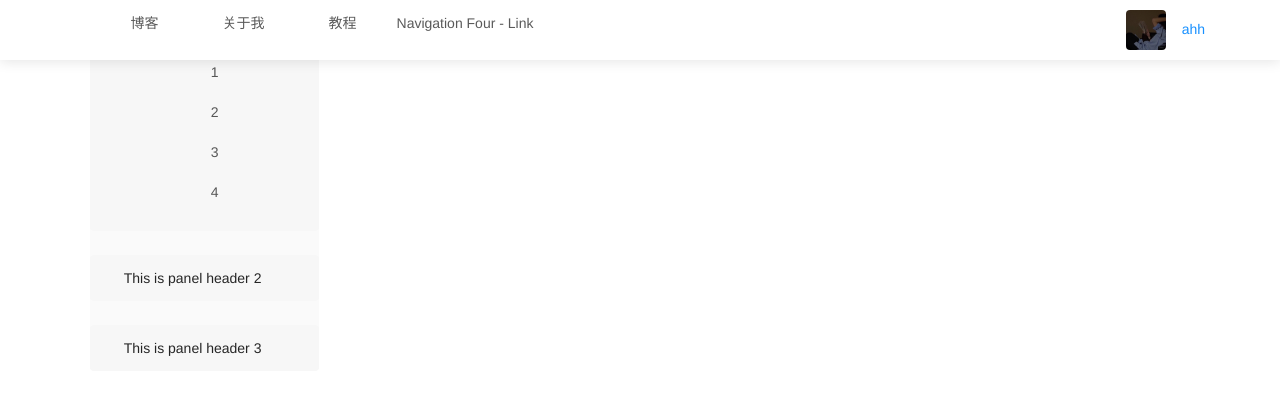
Repository: GitDjAr/blog
Page: /notes (app in myblog/)
An editor plug-in stored every save of this project. The page is shown before and after a run of saves, followed by the edit.
The browser window is 1280 px wide. The pictures show the whole page.
The project was rebuilt for these pictures with package versions that can differ from the ones it lists, and the page was loaded fresh each time. Also part of the build but not shown: myblog/webpack.config.js. Imported but missing from the stored project, and not drawn on this page: myblog/src/store/getters, myblog/src/views/about/about.

Above is the page before, as saved 2020-12-27 19:32:07.

### myblog/src/main.js
import Vue from 'vue'
import App from './App.vue'
import router from './router/index'
import store from './store/index'
import 'ant-design-vue/dist/antd.css'; // or 'ant-design-vue/dist/antd.less'


import Antd from 'ant-design-vue';
Vue.use(Antd);
new Vue({
  el: '#app',
  router,
  store,
  render: h => h(App)
})

### myblog/src/App.vue
<template>
  <div id="app">
    <headers></headers>
    <div class="conten">
      <router-view/>
    </div>
  </div>
</template>

<script>
import headers from 'v/header/header'
export default {
  components:{
    headers,
  },
  name: 'app',
  data () {
    return {
    }
  }
}
</script>

<style lang="scss">
#app {
  font-family: 'Avenir', Helvetica, Arial, sans-serif;
  -webkit-font-smoothing: antialiased;
  -moz-osx-font-smoothing: grayscale;
  text-align: center;
  color: #2c3e50;
  .conten{
    width: 1100px;
    margin: auto;
  }
}

</style>

### myblog/src/router/index.js
import Vue from 'vue'
import Router from 'vue-router'
Vue.use(Router)

// 暴露router
const router = new Router({
  mode:'history',
  routes:[
    {
      path:'/',
      redirect:'/index',
    },
    {
      path:'/index',
      meat:{title:'hello,欢迎来到我博客',foter:false},
      name:'index',
      component:()=>import('@/views/index')
    },
    {
      path:'/about',
      meat:{title:'关于我',foter:true},
      name:'about',
      component:()=>import('@/views/about/about')
    },
    {
      path:'/notes',
      meat:{title:'笔记',foter:true},
      name:'notes',
      component:()=>import('@/views/notes/notes')
    }
  ]
})

export default router

### myblog/src/store/index.js
import Vue from 'vue'
import Vuex from 'vuex'
import {getters} from './getters'

Vue.use(Vuex)

const store = new Vuex.Store({
  state:{
    Switch_:localStorage.getItem('state')  //dattiem or nightime
  },
  modules:{
    Switch_(state,status){
      // localStorage.setItem(state) = status
    }
  },
getters
})

export default store

### myblog/src/views/header/header.vue
<!--  -->
<template>
<div class="header-x">
  <a-row align='middle' type='flex' justify='space-between'>
    <a-col
    :lg="{span:'12'}"
    span='2'
    class="ul_flat"
    >
      <a-menu v-model="current" mode="horizontal"
      @click='titleClick '>
        <a-menu-item key="index"> <a-icon type="mail" />博客</a-menu-item>
        <a-menu-item key="about"> <a-icon type="mail" />关于我</a-menu-item>
        <a-sub-menu>
          <span slot="title" class="submenu-title-wrapper"
            ><a-icon type="setting" />教程</span
          >
          <a-menu-item-group title="Item 1">
            <a-menu-item key="notes">
              笔记
            </a-menu-item>
            <a-menu-item key="setting:2">
              Option 2
            </a-menu-item>
          </a-menu-item-group>
          <a-menu-item-group title="Item 2">
            <a-menu-item key="setting:3">
              Option 3
            </a-menu-item>
            <a-menu-item key="setting:4">
              Option 4
            </a-menu-item>
          </a-menu-item-group>
        </a-sub-menu>
        <a-menu-item key="alipay">
          <a href="https://antdv.com" target="_blank" rel="noopener noreferrer"
            >Navigation Four - Link</a
          >
        </a-menu-item>
      </a-menu>
    </a-col>

    <a-col lg='6' :span="4"  >
        <a-icon type="fullscreen"
          @click="阿"
          v-if="isicon"/>
      <a-avatar shape="square" :src='userimg' :size="40" icon="user" />
      <a-button type="link">
      {{name}}
      </a-button>
    </a-col>
  </a-row>
</div>
</template>

<script>
import userimg from '@/assets/image/1.jpg'
export default {

  components: {

},
  data () {
    return {
      userimg:userimg,
      name:'ahh',
      isicon:'',
      current: ['mail'],
    };
  },

  filters: {

},

  watch: {
},

  computed: {
},

  methods: {
    titleClick (e){
      this.$router.push({
        path:e.key
      })
    },

},

  mounted(){
    window.addEventListener('resize',this.bodysize,false)
},
}

</script>
<style scoped lang='scss'>
.header-x{
  position: fixed;
  z-index: 100;
  box-shadow: 0 2px 12px 0 rgba(0, 0, 0, 0.1);
  height: 60px;
  width: 100%;
  .ant-menu-root {
    border:none
  }
  .ant-menu-horizontal{
    box-sizing: border-box;
    border:none
    .ant-menu-item{
      line-height: 60px;
      height: 60px;
    }
    height: 60px;
  }
}
</style>

### myblog/src/views/notes/notes.vue
<!--  -->
<template>
  <div>
    <a-row>
      <a-col :span='0' :lg="{span:'6'}" :xl="{span:'5'}">
        <div>
          <a-collapse default-active-key="1" :bordered="false"
          expand-icon-position='right'>
            <template #expandIcon="props">
              <a-icon type="caret-right" :rotate="props.isActive ? 90 : 0" />
            </template>
            <a-collapse-panel key="1" header="This is panel header 1" :style="customStyle">
              <p v-for="(item, index) in 4"
              class="nav_lsit">{{item}}</p>
            </a-collapse-panel>
            <a-collapse-panel key="2" header="This is panel header 2" :style="customStyle">
              <p>{{ text }}</p>
            </a-collapse-panel>
            <a-collapse-panel key="3" header="This is panel header 3" :style="customStyle">
              <p>{{ text }}</p>
            </a-collapse-panel>
          </a-collapse>
        </div>
      </a-col>
    </a-row>
  </div>
</template>

<script>
export default {
  data () {
    return {
      text: `A dog is a type of domesticated animal.Known for its loyalty and faithfulness,it can be found as a welcome guest in many households across the world.`,
      customStyle:
        'background: #f7f7f7;border-radius: 4px;margin-bottom: 24px;border: 0;overflow: hidden',
    };
  },
  mounted(){

},

  methods: {

}
}

</script>
<style scoped lang='scss'>
.nav_lsit{
  margin: 5px 10px;
  width: 100%;
  height: 35px;
  line-height: 35px;
}
.nav_lsit:hover{
  background: rgb(242, 242, 242);
}
is_check{
  color: rgb(15, 117, 253);
}
</style>

After the next 2 saves:
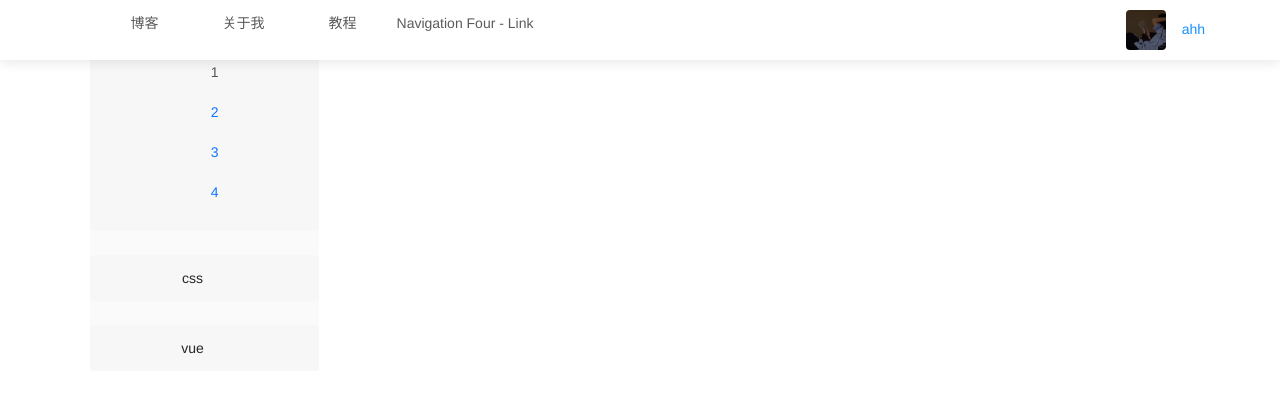
The 2 saves are shown as one change because 1 did not build or start.
The last was saved 13 min 1 s later.
--- a/myblog/src/views/notes/notes.vue
+++ b/myblog/src/views/notes/notes.vue
@@ -9,14 +9,18 @@
             <template #expandIcon="props">
               <a-icon type="caret-right" :rotate="props.isActive ? 90 : 0" />
             </template>
-            <a-collapse-panel key="1" header="This is panel header 1" :style="customStyle">
-              <p v-for="(item, index) in 4"
-              class="nav_lsit">{{item}}</p>
+            <a-collapse-panel key="1" header="js" :style="customStyle">
+              <router-link tag='div' v-for="(item, index) in 4"
+              class="nav_list"
+              :to="{path:`/${item.Classification}`,query}"
+              :key="index"
+              :class="isshow==index?'':'is_check'"
+              >{{item}}</router-link>
             </a-collapse-panel>
-            <a-collapse-panel key="2" header="This is panel header 2" :style="customStyle">
+            <a-collapse-panel key="2" header="css" :style="customStyle">
               <p>{{ text }}</p>
             </a-collapse-panel>
-            <a-collapse-panel key="3" header="This is panel header 3" :style="customStyle">
+            <a-collapse-panel key="3" header="vue" :style="customStyle">
               <p>{{ text }}</p>
             </a-collapse-panel>
           </a-collapse>
@@ -30,6 +34,7 @@
 export default {
   data () {
     return {
+      isshow:'0',
       text: `A dog is a type of domesticated animal.Known for its loyalty and faithfulness,it can be found as a welcome guest in many households across the world.`,
       customStyle:
         'background: #f7f7f7;border-radius: 4px;margin-bottom: 24px;border: 0;overflow: hidden',
@@ -46,16 +51,16 @@ export default {
 
 </script>
 <style scoped lang='scss'>
-.nav_lsit{
+.nav_list{
   margin: 5px 10px;
   width: 100%;
   height: 35px;
   line-height: 35px;
 }
-.nav_lsit:hover{
+.nav_list:hover{
   background: rgb(242, 242, 242);
 }
-is_check{
+.is_check{
   color: rgb(15, 117, 253);
 }
 </style>
